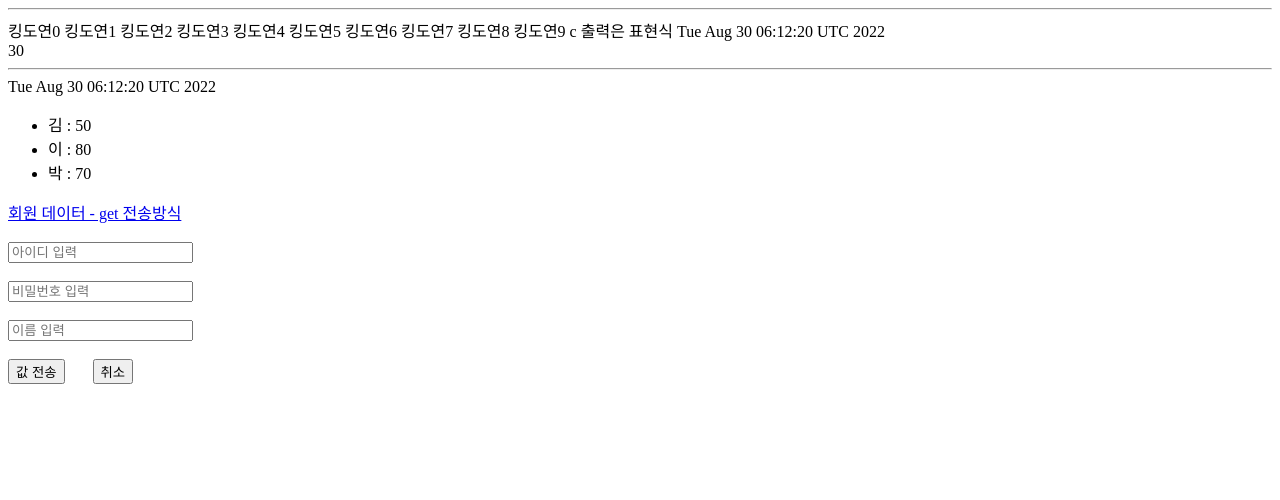
Repository: cordingdodo/javaworks2
Page: http://localhost/practice01/
An editor plug-in stored every save of this project. The page is shown before and after the next save, followed by the edit.
The browser window is 1280 px wide. The pictures show the whole page.
The page is served by Tomcat 9.

Above is the page before, as saved 2022-10-11 07:13:34.

After the next save:
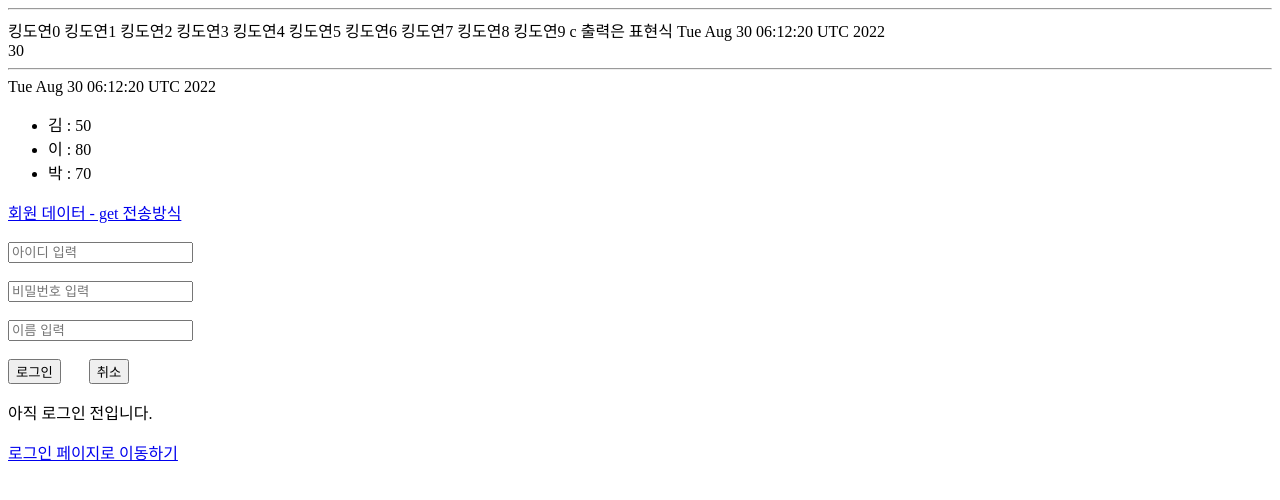
Saved 12 s later.
--- a/practice01/WebContent/index.jsp
+++ b/practice01/WebContent/index.jsp
@@ -50,11 +50,11 @@
 </ul>
 <a href="test01.jsp?id=kdy&pw=1234&name=김더연">회원 데이터 - get 전송방식</a>
 <br><br>
-<form action="test01.jsp" method="post" name="login_form"> <!-- //액션은 목적지 -->
-	<input name="id" id="id" placeholder="아이디 입력"><br><br>
+<form action="test02.jsp" method="post" name="login_form"> <!-- //액션은 목적지 -->
+	<input type="text" name="id" id="id" placeholder="아이디 입력"><br><br>
 	<input type="password" name="pw" id="id" placeholder="비밀번호 입력"><br><br>
 	<input name="name" id="name" placeholder="이름 입력"><br><br>
-	<input type="submit" value="값 전송"> &nbsp; &nbsp; &nbsp;
+	<input type="submit" value="로그인"> &nbsp; &nbsp; &nbsp;
 	<input type="reset" value="취소">
 </form>
 <div id="msg">
@@ -67,8 +67,22 @@ String msg = request.getParameter("msg");
 <%
 	}
 %>
+</div>
+<%
+	String id = (String) session.getAttribute("Db");
+	if(id!=null){
+%>
+	<p><%=id %>님이 로그인 되었습니다.</p>
+	<a href="logout.jsp">로그아웃</a>
+<%
+	} else {
+%>
+		<p>아직 로그인 전입니다.</p>
+		<% out.print("<a href='login.jsp'>로그인 페이지로 이동하기</a>"); %>
 
-</div>
+<%
+	}
+%>
 </div>
 </body>
 </html>
